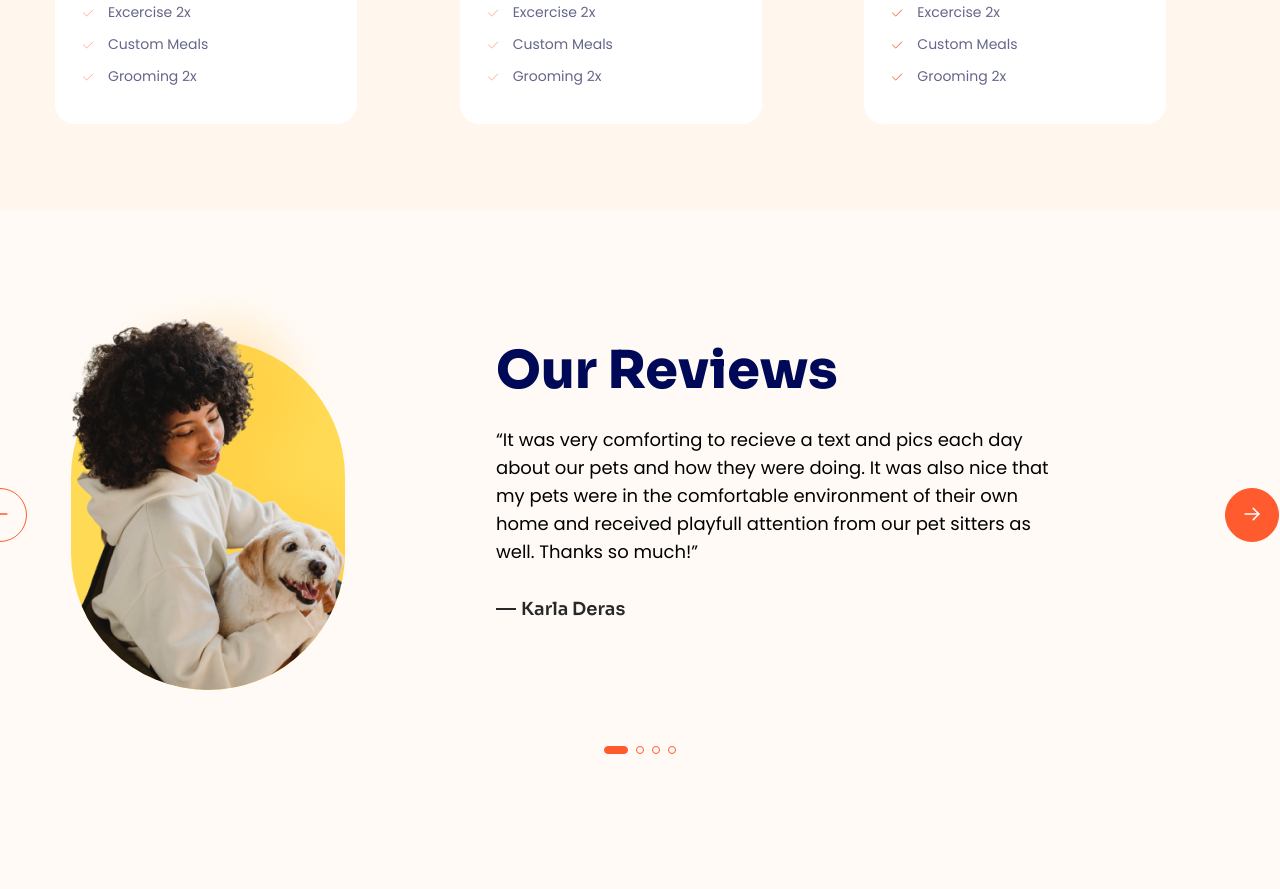
Repository: Cuongquaidan/F8projeact-04
Page: index.html
The author's editor kept a copy of each file at every save. The page is drawn from the files as they stood at one save, then again after the next save.
The browser window is 1280 px wide. The pictures show the part of the page from y = 4808 to 5760 px (the page is 5697 px tall before and 5760 px after).
A picture or video elsewhere on the page could not be fetched, so the positions and the page height are approximate.

Above is the page before, as saved 2023-04-17 21:56:21.

After the next save:
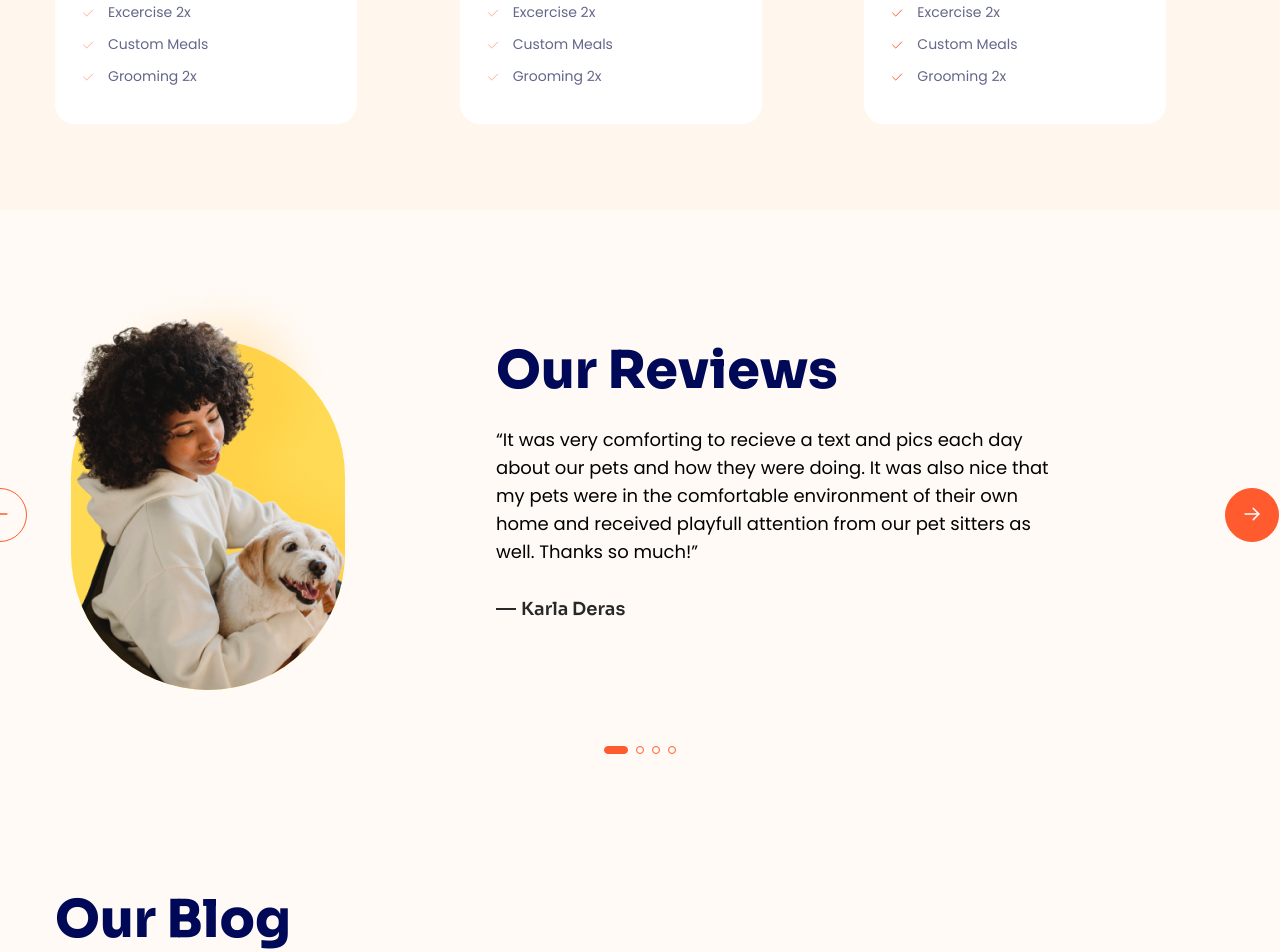
Saved 20 min 28 s later.
--- a/index.html
+++ b/index.html
@@ -408,6 +408,11 @@ So Is Your Pet.
                 </div>
             </div>
         </div>
+        <div class="blogs">
+            <div class="container container__blogs">
+                <p class="blogs__title title">Our Blog</p>
+            </div>
+        </div>
         <script src="./app.js"></script>
     </body>
 </html>
